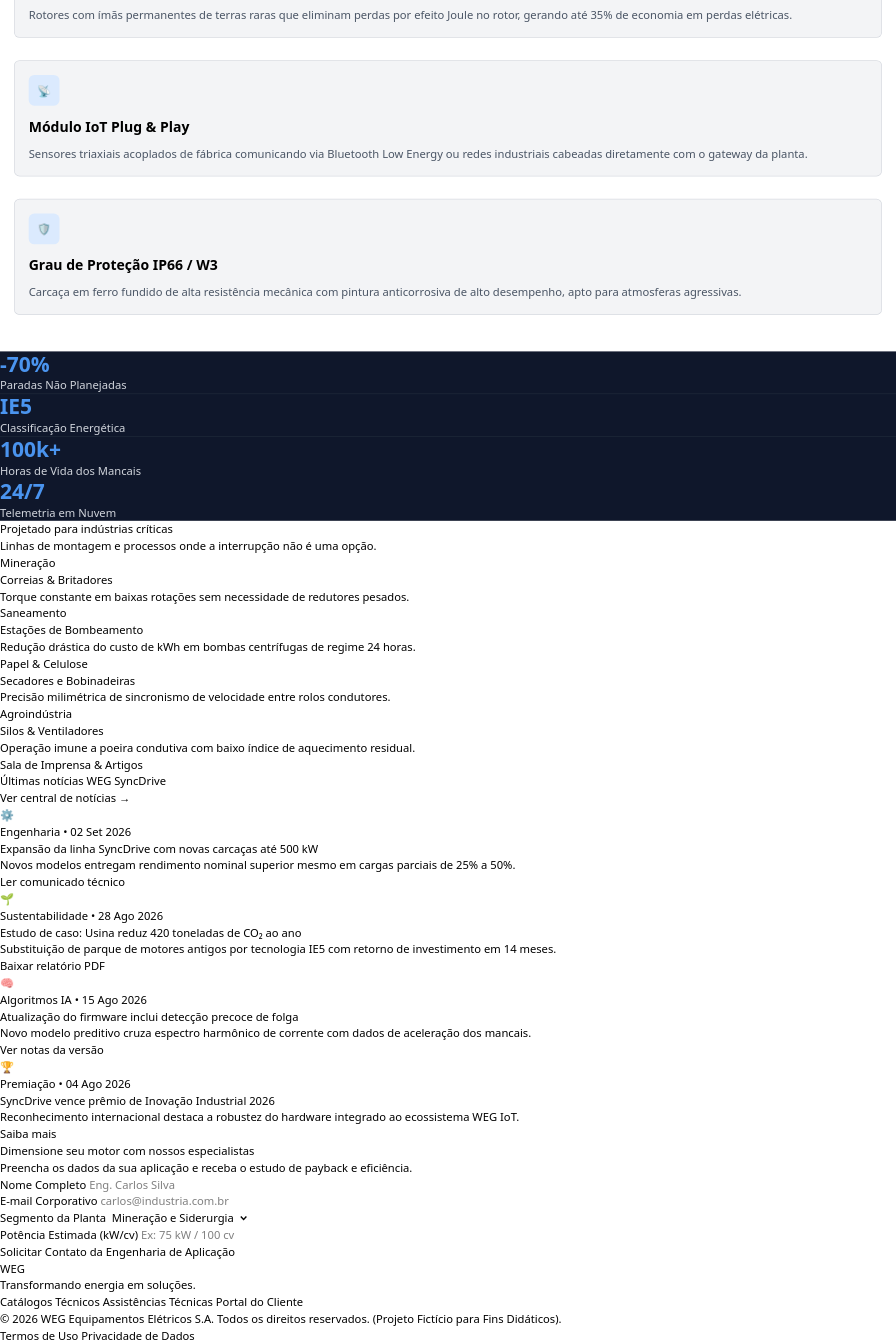
Repository: camilewng/Exercicio-Tailwind
Page: index.html
The author's editor kept a copy of each file at every save. The page is drawn from the files as they stood at one save, then again after the next save.
The browser window is 1280 px wide. The pictures show the part of the page from y = 1320 to 3240 px (the page is 3240 px tall before and 3059 px after), at 70% of full size.

Above is the page before, as saved 2026-09-09 16:03:55.

### index.html
<!DOCTYPE html>
<html lang="pt-BR">
<head>
  <meta charset="UTF-8">
  <meta name="viewport" content="width=device-width, initial-scale=1.0">
  <title>WEG SyncDrive IoT - Exercício Tailwind CSS</title>
  <script src="https://cdn.jsdelivr.net/npm/@tailwindcss/browser@4"></script>
</head>
<body>

  <!-- ==========================================
       1. HEADER / NAVBAR
       Desafio:
       - Fixar no topo (sticky top-0) com fundo translúcido/blur.
       - Logo WEG em destaque com fundo azul industrial.
       - Menu oculto em telas pequenas e visível em lg:.
  =========================================== -->
  <header>
    <div class="flex flex-row justify-between border-b border-gray-300 mb-15">
      <div class="flex">
        <div class="bg-blue-600 text-white text-2xl font-black w-20 h-10 text-center pt-0.75 rounded-sm m-3">
          WEG
        </div>
        <div class="flex flex-col border-l-2 border-gray-300 h-10 pl-2 mt-3">
          <span class="font-bold">SyncDrive</span>
          <span class="text-blue-600 uppercase font-medium text-xs">Industrial IoT</span>
        </div>
      </div>

      <nav class="hidden">
        <a href="#solucao">A Solução</a>
        <a href="#recursos">Tecnologia</a>
        <a href="#metricas">Performance</a>
        <a href="#aplicacoes">Aplicações</a>
        <a href="#novidades">Notícias</a>
      </nav>

      <div class="flex">
        <a href="#contato" class="hidden">Falar com Consultor</a>
        <a href="#contato" class="bg-blue-600 text-white px-4 py-2 mr-3 mt-3 mb-3 rounded-sm font-medium">
          Especificar Motor
        </a>
      </div>
    </div>
  </header>

  <main >
    <!-- ==========================================
         2. HERO SECTION
         Desafio:
         - Layout em grid de 2 colunas no desktop (texto + painel de telemetria).
         - Centralizado no mobile, alinhado à esquerda em lg:.
         - Estilizar o card escuro de telemetria com badges e status.
    =========================================== -->
    <section id="solucao" class="bg-gradient-to-t from-gray-200 to-white pb-15" >
      <div>
      <div >
        <div>

          <!-- Coluna 1: Conteúdo Textual -->
          <div class="flex flex-col">
            <span class="bg-blue-50 border border-blue-300 uppercase text-sm text-blue-600
                         font-semibold p-1 px-3 rounded-4xl flex mx-11 mb-6">
              Indústria 4.0 & Manutenção Preditiva
            </span>
            <h1 class="font-black text-3xl text-center w-85 mx-8 mb-6 leading-9">WEG SyncDrive: Confiabilidade extrema com inteligência preditiva.</h1>
            <p class="text-gray-600 text-center mx-2 mb-6">
              O motor elétrico síncrono que combina rendimento ultra-premium (IE5), sensoriamento integrado de vibração e temperatura e conectividade instantânea com a nuvem WEG IoT.
            </p>
            <div class="flex flex-col">
              <a href="#contato" class="bg-blue-600 mx-4 text-white flex justify-center font-medium py-3 rounded-sm mb-3">
                Solicitar Folha de Dados
              </a>
              <a href="#recursos" class="border border-gray-300 text-gray-700 font-semibold flex justify-center mx-4 py-3 rounded-sm bg-white mb-10">
                Conhecer a Arquitetura
              </a>
            </div>
          </div>

          <!-- Coluna 2: Card de Telemetria IoT -->
          <div class="bg-slate-900 text-white mx-4 rounded-2xl p-7 ">
            <div>
              <div class="flex justify-between border-b border-gray-600 mb-3">
                <span class="text-blue-400 text-sm mb-4">NODE_ID: WEG-MTR-8842</span>
                <div>
                  <span></span>
                  <span class="flex text-sm text-gray-400">Online 60Hz</span>
                </div>
              </div>

              <div>
                <div class="bg-slate-800 p-3 rounded-lg mb-4">
                  <span  class="text-sm text-gray-400">Eficiência Energética</span>
                  <div class="font-bold text-2xl">96.8% <span class="text-green-300 font-normal text-sm">(Padrão IE5)</span></div>
                </div>

                <div class="flex flex-row gap-4">
                  <div class="bg-slate-800 p-4 rounded-lg mb-4">
                    <span class="text-gray-400 text-sm">Vibração RMS</span>
                    <div class="font-semibold text-xl pb-2 pr-5">0.82 mm/s</div>
                    <span class="text-green-300 text-xs">✓ Faixa Ideal ISO</span>
                  </div>
                  <div class="bg-slate-800 p-4 rounded-lg mb-4">
                    <span class="text-gray-400 text-sm" >Temp. Mancal</span>
                    <div class="font-semibold text-xl pr-13 pb-2">62.4 °C</div>
                    <span class="text-blue-400 text-xs">Normal (PT100)</span>
                  </div>
                </div>

                <div class="bg-blue-950 text-xs px-3 py-3 text-blue-200/90 rounded-lg border border-blue-500/30">
                  ⚡ Previsão de manutenção: operação normal pelos próximos 12 meses.
                </div>
              </div>
            </div>
          </div>

        </div>
      </div>
    </section>

    <!-- ==========================================
         3. RECURSOS / ESPECIFICAÇÕES TÉCNICAS
         Desafio:
         - Grid responsivo de 3 colunas (1 col mobile, 3 cols desktop).
         - Efeito hover nos cards com transição suave de borda ou sombra.
    =========================================== -->
    <section id="recursos" class="p-5">
      <div>
        <div>
          <h2 class="font-black text-3xl text-center mt-12 mb-4">Engenharia pensada para regime contínuo</h2>
          <p class="text-gray-600 text-center mb-15">Projetado para suportar ambientes industriais severos sem comprometer o fluxo operacional.</p>
        </div>

        <div>
          <article class="bg-gray-100 p-5 rounded-lg border border-gray-300/80 mb-8">
            <div class="flex justify-center items-center bg-blue-100 w-11 h-11 rounded-lg mb-4">⚙️</div>
            <h3 class="text-xl font-bold mb-3">Nível de Rendimento IE5</h3>
            <p class="text-gray-600">Rotores com ímãs permanentes de terras raras que eliminam perdas por efeito Joule no rotor, gerando até 35% de economia em perdas elétricas.</p>
          </article>

          <article class="bg-gray-100 p-5 rounded-lg border border-gray-300/80 mb-8">
            <div class="flex justify-center items-center bg-blue-100 w-11 h-11 rounded-lg mb-4">📡</div>
            <h3 class="text-xl font-bold mb-3">Módulo IoT Plug & Play</h3>
            <p class="text-gray-600">Sensores triaxiais acoplados de fábrica comunicando via Bluetooth Low Energy ou redes industriais cabeadas diretamente com o gateway da planta.</p>
          </article>

          <article class="bg-gray-100 p-5 rounded-lg border border-gray-300/80 mb-8">
            <div class="flex justify-center items-center bg-blue-100 w-11 h-11 rounded-lg mb-4">🛡️</div>
            <h3 class="text-xl font-bold mb-3">Grau de Proteção IP66 / W3</h3>
            <p class="text-gray-600">Carcaça em ferro fundido de alta resistência mecânica com pintura anticorrosiva de alto desempenho, apto para atmosferas agressivas.</p>
          </article>
        </div>
      </div>
    </section>

    <!-- ==========================================
         4. MÉTRICAS / NÚMEROS INDUSTRIAIS
         Desafio:
         - Seção de alto contraste (fundo escuro slate-900).
         - Grid de 2 colunas no mobile e 4 colunas em telas maiores.
    =========================================== -->
    <section id="metricas" class="bg-slate-900">
      <div>
        <div class="grid ">
          <div class="border-b border-gray-800">
            <div class="text-blue-400/90 font-black text-3xl">-70%</div>
            <div class="text-gray-300">Paradas Não Planejadas</div>
          </div>
          <div  class="border-b border-gray-800">
            <div class="text-blue-400/90 font-black text-3xl">IE5</div>
            <div class="text-gray-300">Classificação Energética</div>
          </div>
          <div>
            <div class="text-blue-400/90 font-black text-3xl">100k+</div>
            <div class="text-gray-300">Horas de Vida dos Mancais</div>
          </div>
          <div>
            <div class="text-blue-400/90 font-black text-3xl">24/7</div>
            <div class="text-gray-300">Telemetria em Nuvem</div>
          </div>
        </div>
      </div>
    </section>

    <!-- ==========================================
         5. APLICAÇÕES INDUSTRIAIS
         Desafio:
         - Grid de 4 colunas adaptável (1 col mobile, 2 sm, 4 lg).
         - Uso de tags de categoria uppercase com tipografia reduzida.
    =========================================== -->
    <section id="aplicacoes">
      <div>
        <div>
          <h2>Projetado para indústrias críticas</h2>
          <p>Linhas de montagem e processos onde a interrupção não é uma opção.</p>
        </div>

        <div>
          <div>
            <span>Mineração</span>
            <h4>Correias & Britadores</h4>
            <p>Torque constante em baixas rotações sem necessidade de redutores pesados.</p>
          </div>

          <div>
            <span>Saneamento</span>
            <h4>Estações de Bombeamento</h4>
            <p>Redução drástica do custo de kWh em bombas centrífugas de regime 24 horas.</p>
          </div>

          <div>
            <span>Papel & Celulose</span>
            <h4>Secadores e Bobinadeiras</h4>
            <p>Precisão milimétrica de sincronismo de velocidade entre rolos condutores.</p>
          </div>

          <div>
            <span>Agroindústria</span>
            <h4>Silos & Ventiladores</h4>
            <p>Operação imune a poeira condutiva com baixo índice de aquecimento residual.</p>
          </div>
        </div>
      </div>
    </section>

    <!-- ==========================================
         6. NOVIDADES / NOTÍCIAS (4 ITENS)
         Desafio:
         - Cabeçalho com alinhamento justify-between.
         - 4 cards em grid: 1 col (mobile), 2 cols (md), 4 cols (lg).
         - Imagem/banner visual com gradiente em cada notícia.
         - Flexbox nos cards para fixar o link de leitura no rodapé.
    =========================================== -->
    <section id="novidades">
      <div>

        <div>
          <div>
            <span>Sala de Imprensa & Artigos</span>
            <h2>Últimas notícias WEG SyncDrive</h2>
          </div>
          <a href="#">Ver central de notícias →</a>
        </div>

        <div>
          <!-- Notícia 1 -->
          <article>
            <div>⚙️</div>
            <div>
              <div>
                <span>Engenharia</span>
                <span>•</span>
                <time>02 Set 2026</time>
              </div>
              <h3>
                <a href="#">Expansão da linha SyncDrive com novas carcaças até 500 kW</a>
              </h3>
              <p>Novos modelos entregam rendimento nominal superior mesmo em cargas parciais de 25% a 50%.</p>
              <a href="#">Ler comunicado técnico</a>
            </div>
          </article>

          <!-- Notícia 2 -->
          <article>
            <div>🌱</div>
            <div>
              <div>
                <span>Sustentabilidade</span>
                <span>•</span>
                <time>28 Ago 2026</time>
              </div>
              <h3>
                <a href="#">Estudo de caso: Usina reduz 420 toneladas de CO₂ ao ano</a>
              </h3>
              <p>Substituição de parque de motores antigos por tecnologia IE5 com retorno de investimento em 14 meses.</p>
              <a href="#">Baixar relatório PDF</a>
            </div>
          </article>

          <!-- Notícia 3 -->
          <article>
            <div>🧠</div>
            <div>
              <div>
                <span>Algoritmos IA</span>
                <span>•</span>
                <time>15 Ago 2026</time>
              </div>
              <h3>
                <a href="#">Atualização do firmware inclui detecção precoce de folga</a>
              </h3>
              <p>Novo modelo preditivo cruza espectro harmônico de corrente com dados de aceleração dos mancais.</p>
              <a href="#">Ver notas da versão</a>
            </div>
          </article>

          <!-- Notícia 4 -->
          <article>
            <div>🏆</div>
            <div>
              <div>
                <span>Premiação</span>
                <span>•</span>
                <time>04 Ago 2026</time>
              </div>
              <h3>
                <a href="#">SyncDrive vence prêmio de Inovação Industrial 2026</a>
              </h3>
              <p>Reconhecimento internacional destaca a robustez do hardware integrado ao ecossistema WEG IoT.</p>
              <a href="#">Saiba mais</a>
            </div>
          </article>
        </div>

      </div>
    </section>

    <!-- ==========================================
         7. FORMULÁRIO DE CONTATO / DIMENSIONAMENTO
         Desafio:
         - Inputs estilizados com focus rings.
         - Grid de formulário com campos em 2 colunas no desktop.
    =========================================== -->
    <section id="contato">
      <div>
        <div>
          <h2>Dimensione seu motor com nossos especialistas</h2>
          <p>Preencha os dados da sua aplicação e receba o estudo de payback e eficiência.</p>
        </div>

        <form>
          <div>
            <div>
              <label>Nome Completo</label>
              <input type="text" placeholder="Eng. Carlos Silva">
            </div>
            <div>
              <label>E-mail Corporativo</label>
              <input type="email" placeholder="carlos@industria.com.br">
            </div>
          </div>

          <div>
            <div>
              <label>Segmento da Planta</label>
              <select>
                <option>Mineração e Siderurgia</option>
                <option>Papel e Celulose</option>
                <option>Saneamento e Água</option>
                <option>Química e Petroquímica</option>
                <option>Alimentos e Bebidas</option>
              </select>
            </div>
            <div>
              <label>Potência Estimada (kW/cv)</label>
              <input type="text" placeholder="Ex: 75 kW / 100 cv">
            </div>
          </div>

          <button type="submit">Solicitar Contato da Engenharia de Aplicação</button>
        </form>
      </div>
    </section>
  </main>

  <!-- ==========================================
       8. RODAPÉ / FOOTER
       Desafio:
       - Layout corporativo com tipografia sutil.
       - Disposição em flexbox responsivo (colunas empilhadas no mobile, linha no desktop).
  =========================================== -->
  <footer>
    <div>
      <div>
        <div>
          <div>WEG</div>
          <span>Transformando energia em soluções.</span>
        </div>
        <div>
          <a href="#">Catálogos Técnicos</a>
          <a href="#">Assistências Técnicas</a>
          <a href="#">Portal do Cliente</a>
        </div>
      </div>
      <div>
        <p>© 2026 WEG Equipamentos Elétricos S.A. Todos os direitos reservados. (Projeto Fictício para Fins Didáticos).</p>
        <div>
          <a href="#">Termos de Uso</a>
          <a href="#">Privacidade de Dados</a>
        </div>
      </div>
    </div>
  </footer>

</body>
</html>

After the next save:
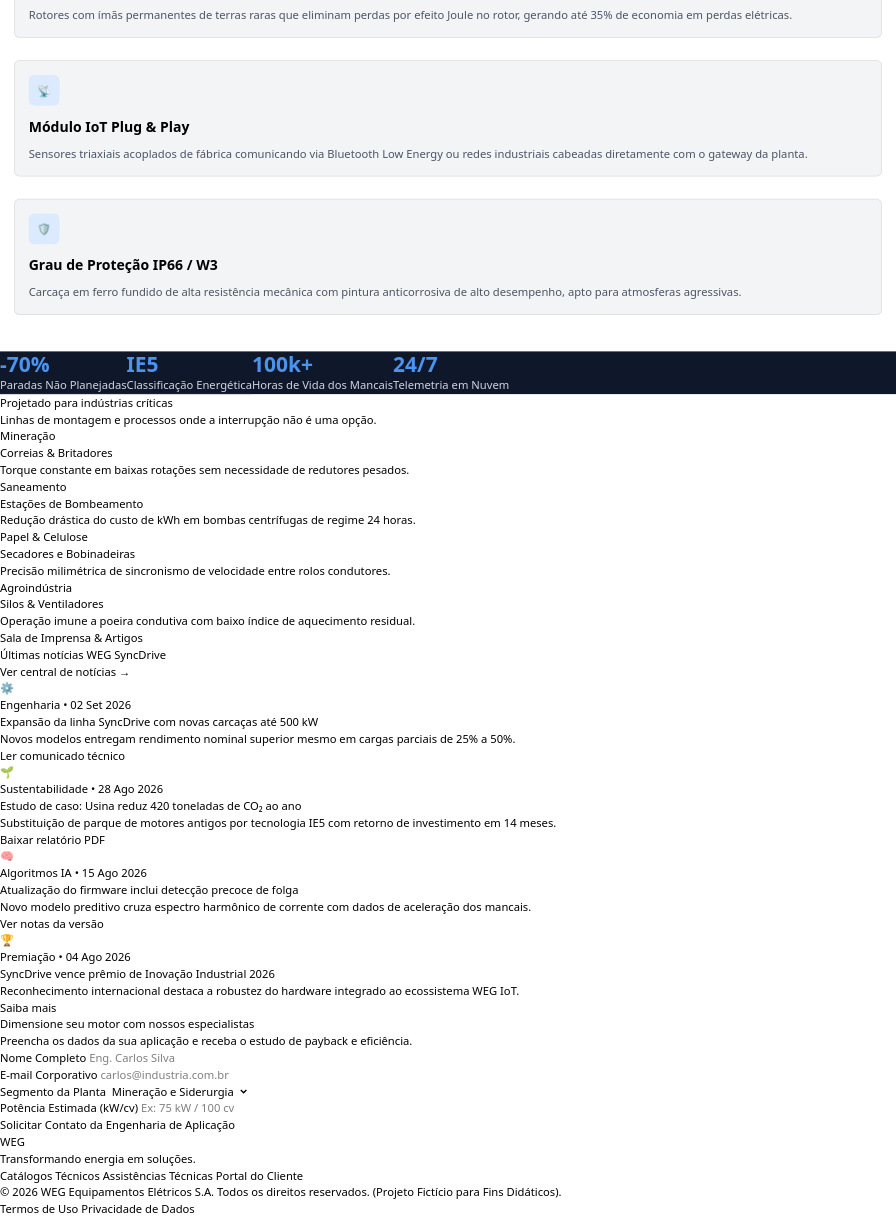
Saved 5 s later.
--- a/index.html
+++ b/index.html
@@ -161,7 +161,7 @@
     =========================================== -->
     <section id="metricas" class="bg-slate-900">
       <div>
-        <div class="grid ">
+        <div class="flex">
           <div class="border-b border-gray-800">
             <div class="text-blue-400/90 font-black text-3xl">-70%</div>
             <div class="text-gray-300">Paradas Não Planejadas</div>

After the save that followed:
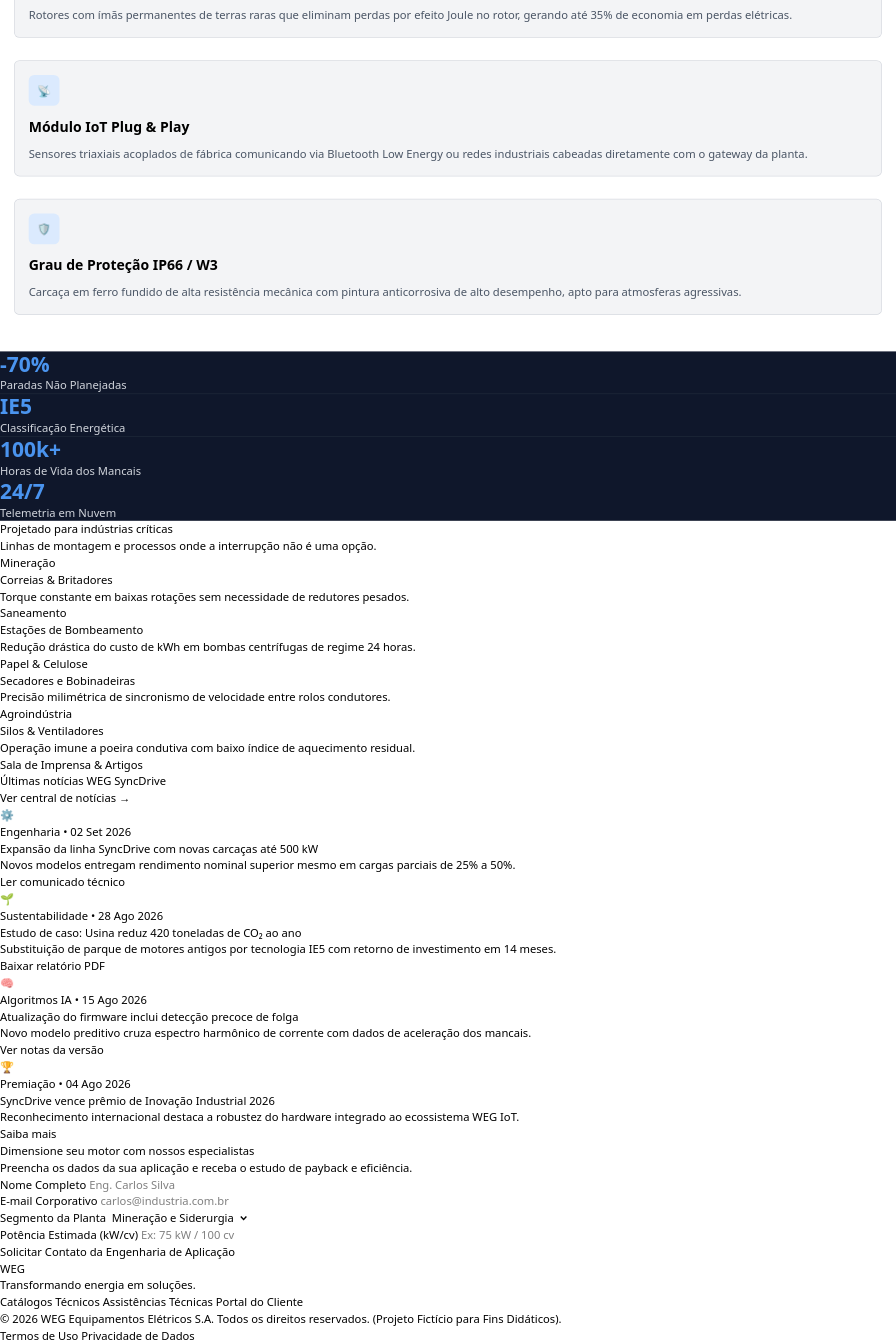
Saved 6 s later.
--- a/index.html
+++ b/index.html
@@ -161,7 +161,7 @@
     =========================================== -->
     <section id="metricas" class="bg-slate-900">
       <div>
-        <div class="flex">
+        <div >
           <div class="border-b border-gray-800">
             <div class="text-blue-400/90 font-black text-3xl">-70%</div>
             <div class="text-gray-300">Paradas Não Planejadas</div>
